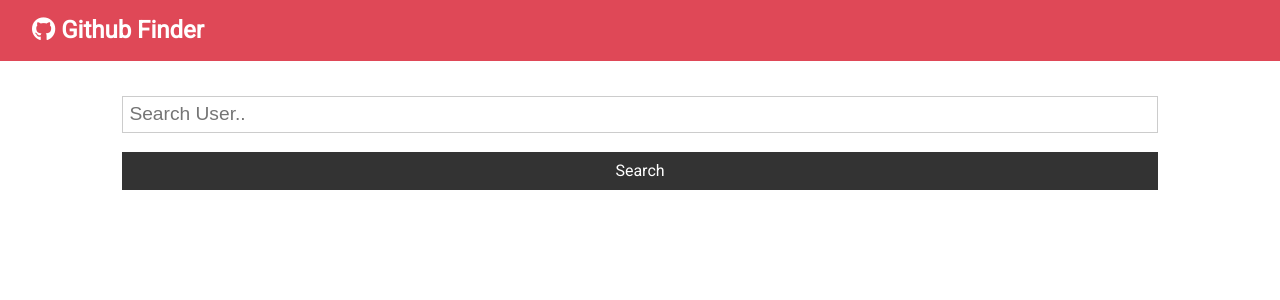
Repository: akash-saha-1/github-finder
Page: /
An editor plug-in stored every save of this project. The page is shown before and after the next save, followed by the edit.
The browser window is 1280 px wide. The pictures show the whole page.
Some web libraries are served in a nearby version. The project was rebuilt for these pictures with package versions that can differ from the ones it lists, and the page was loaded fresh each time. Also part of the build but not shown: src/components/users/UserItem.js, src/components/layout/Spinner.js, src/components/layout/Alert.js, src/components/pages/About.js.

Above is the page before, as saved 2021-03-06 01:05:03.

After the next save:
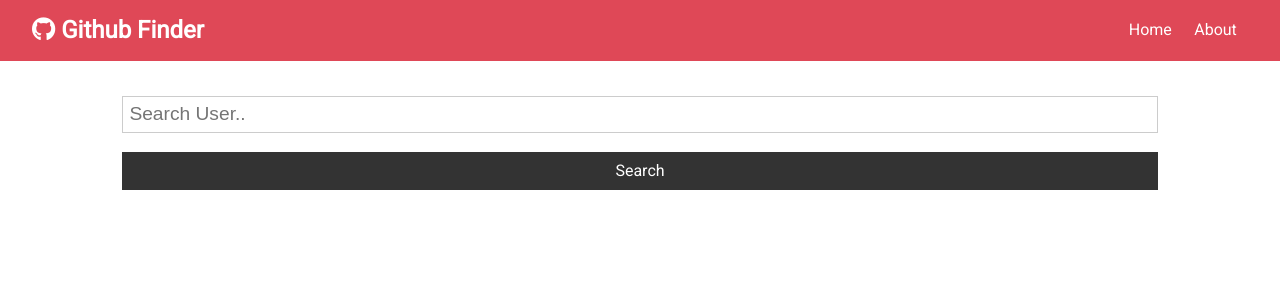
Saved 2 min 23 s later.
--- a/src/components/layout/Navbar.js
+++ b/src/components/layout/Navbar.js
@@ -1,5 +1,6 @@
 import React from "react";
 import PropTypes from "prop-types";
+import { Link } from "react-router-dom";
 
 const Navbar = ({ icon, title }) => {
   // static defaultProps = {
@@ -17,6 +18,14 @@ const Navbar = ({ icon, title }) => {
           <i className={icon}></i>
           {"  " + title}
         </h1>
+        <ul>
+          <li>
+            <Link to="/">Home</Link>
+          </li>
+          <li>
+            <Link to="/about">About</Link>
+          </li>
+        </ul>
       </nav>
     </div>
   );
